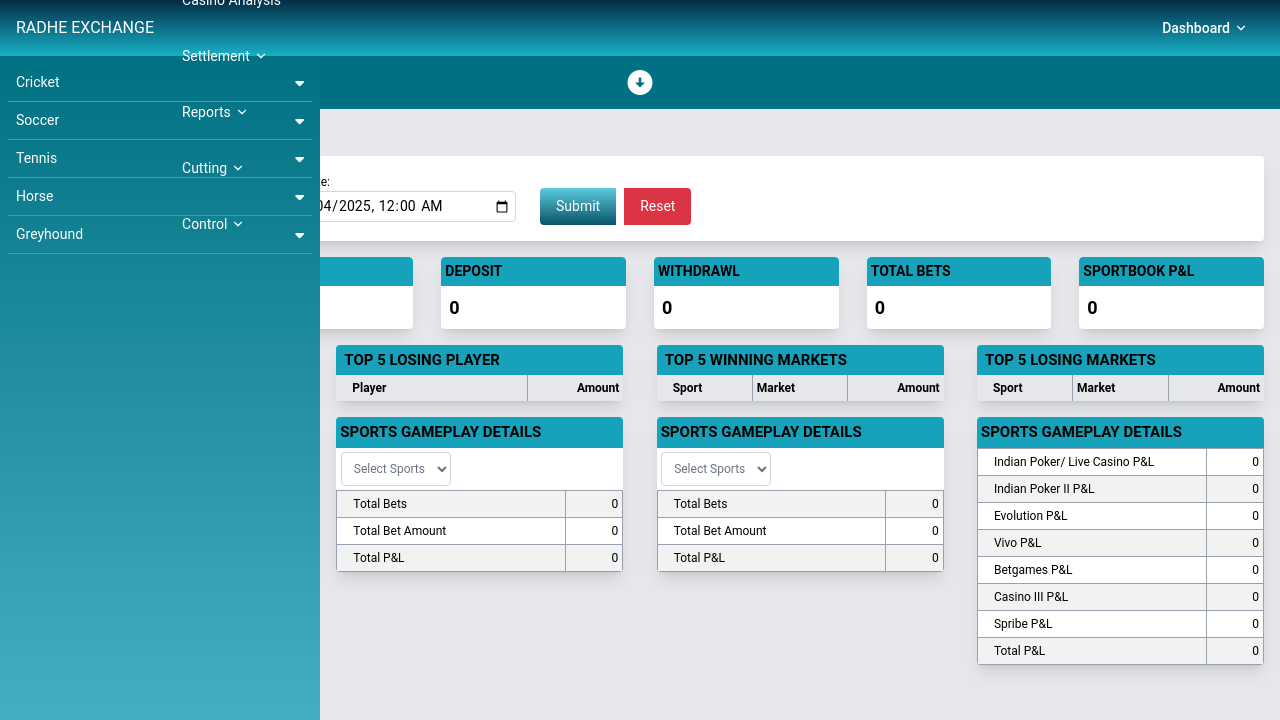
Repository: Habeebur1493/Radhe-Exchange
Page: /dashboard (app in frontend/)
An editor plug-in stored every save of this project. The page is shown before and after the next save, followed by the edit.
The browser window is 1280 px wide. The pictures show the whole page.
Some web libraries are served in a nearby version. The project was rebuilt for these pictures with package versions that can differ from the ones it lists, and the page was loaded fresh each time. Also part of the build but not shown: frontend/vite.config.js, frontend/src/components/login.jsx, frontend/src/components/Register.jsx.

Above is the page before, as saved 2025-03-05 11:30:13.

After the next save:
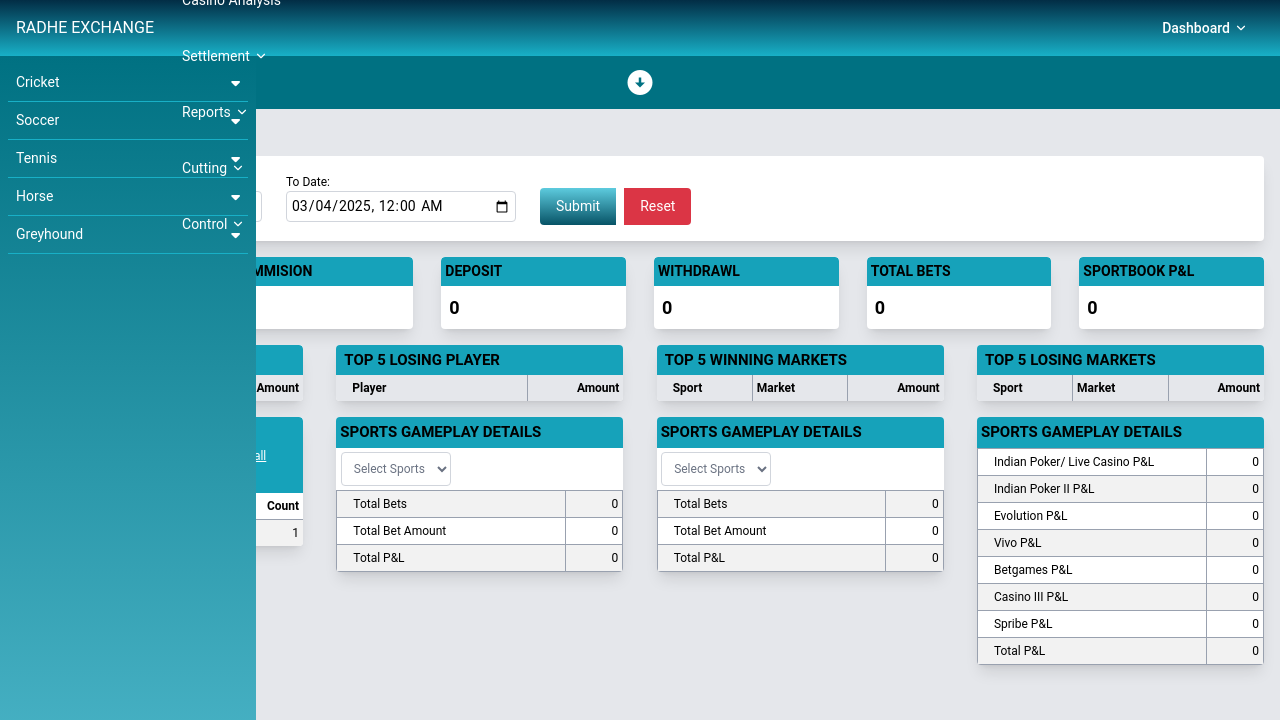
Saved 89 s later.
--- a/frontend/src/components/Sidebar.jsx
+++ b/frontend/src/components/Sidebar.jsx
@@ -103,7 +103,7 @@ const Sidebar = () => {
 
       {/* Sidebar */}
       <div
-        className={`sidebar fixed top-0 left-0 h-full w-64 md:w-80 mt-14 bg-[--tertiary-background] text-white transition-transform duration-300 ${
+        className={`sidebar fixed top-0 left-0 h-full w-40 lg:w-64 md:w-80 mt-14 bg-[--tertiary-background] text-white transition-transform duration-300 ${
           isOpen ? "translate-x-0" : "-translate-x-full"
         } md:translate-x-0`} // Remove translation on desktop view
       >
